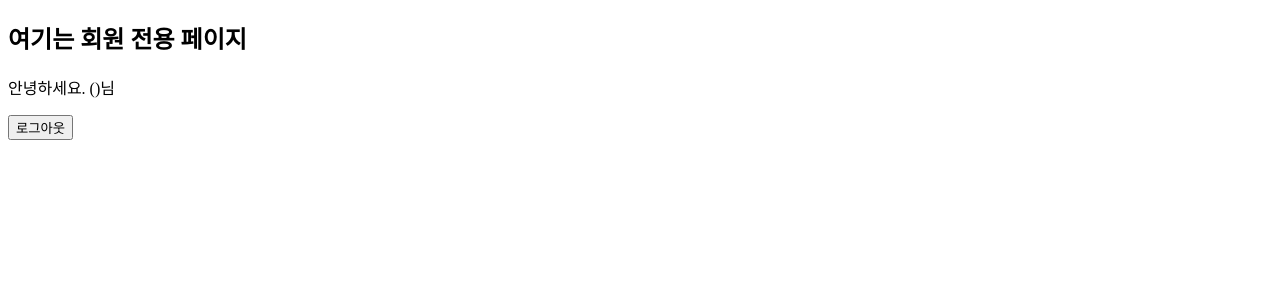
Repository: angwanghyeon/eclipse
Page: http://localhost/sec09/main.jsp
The author's editor kept a copy of each file at every save. The page is drawn from the files as they stood at one save, then again after the next save.
The browser window is 1280 px wide. The pictures show the whole page.
The page is served by Tomcat 9.

Above is the page before, as saved 2023-09-04 06:38:29.

After the next save:
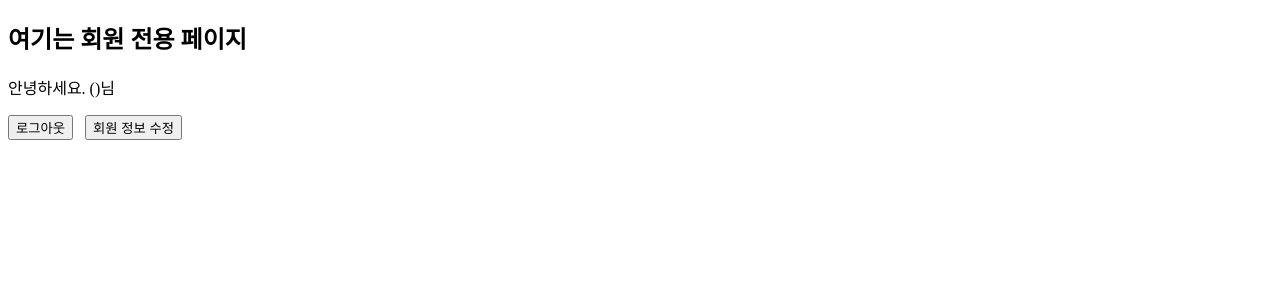
Saved 22 s later.
--- a/sec09/src/main/webapp/main.jsp
+++ b/sec09/src/main/webapp/main.jsp
@@ -12,7 +12,8 @@
 		<p>안녕하세요. ${loginUser.name}(${loginUser.userid})님</p>
 		<p>
 		<div>
-		<input type="submit" value="로그아웃"> &nbsp
+		<input type="submit" value="로그아웃"> &nbsp;
+		<input type="button" value="회원 정보 수정">
 		</div>
 	</form>
 </body>
